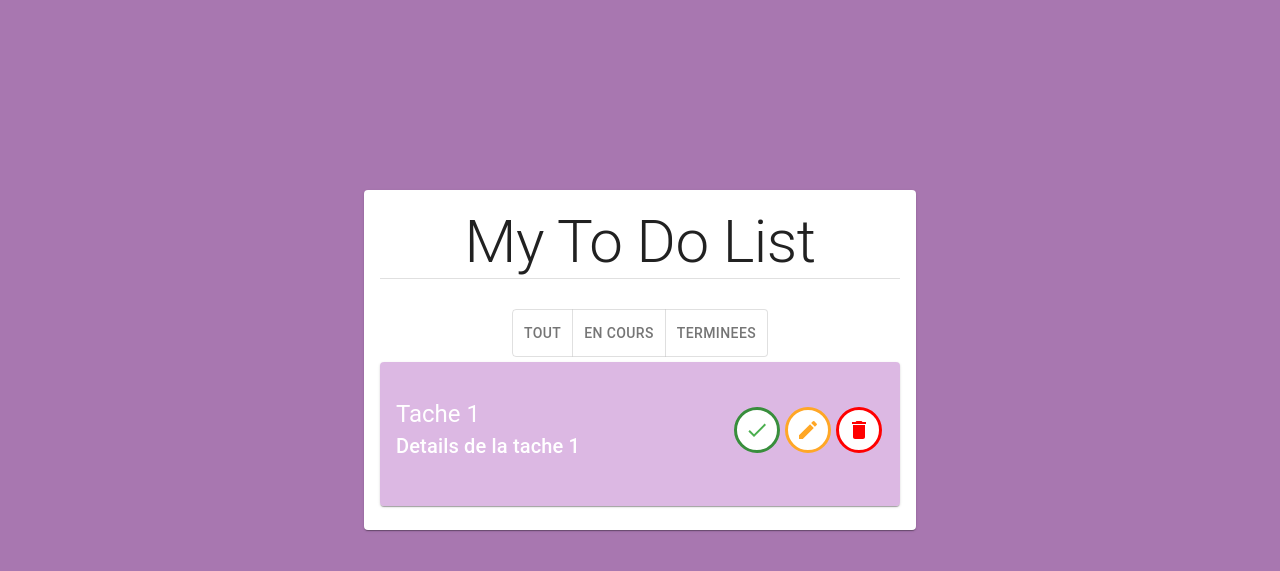
Repository: Fathiyasmine/Todo-list-project
Page: /
An editor plug-in stored every save of this project. The page is shown before and after the next save, followed by the edit.
The browser window is 1280 px wide. The pictures show the whole page.
The pointer rests on the first visible `.todocard`.
The project was rebuilt for these pictures with package versions that can differ from the ones it lists, and the page was loaded fresh each time.

Above is the page before, as saved 2025-12-07 19:03:51.

After the next save:
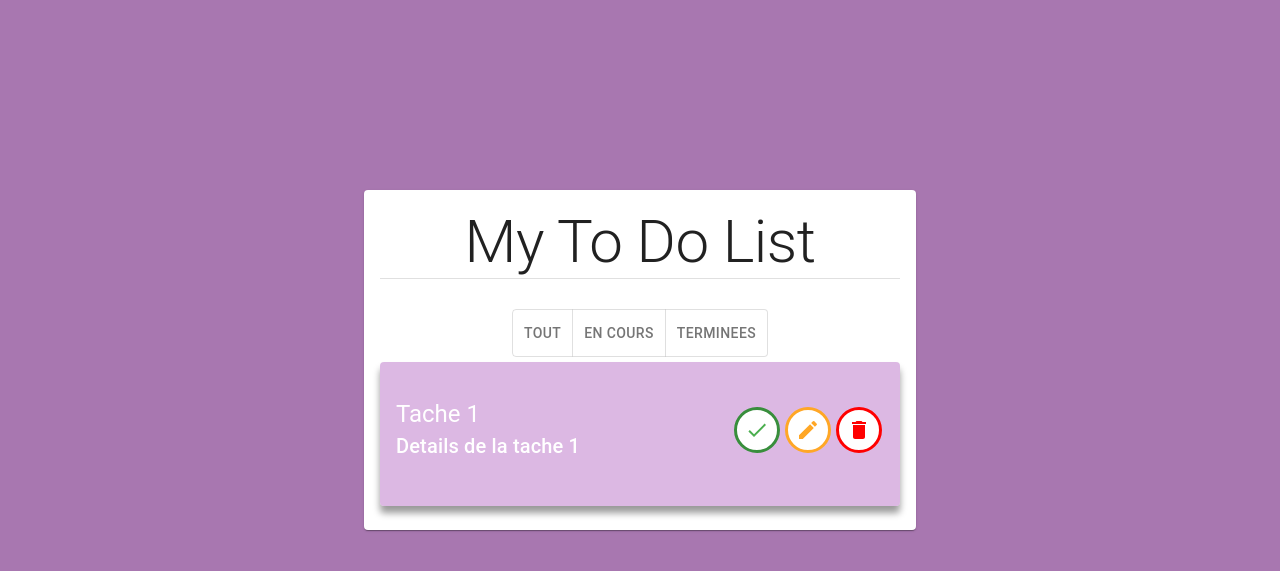
Saved 43 s later.
--- a/src/App.css
+++ b/src/App.css
@@ -62,4 +62,5 @@
 .todocard:hover {
   padding-bottom: 20px;
   padding-top: 20px;
+  box-shadow: 0px 7px 7px rgba(0, 0, 0, 0.4);
 }
